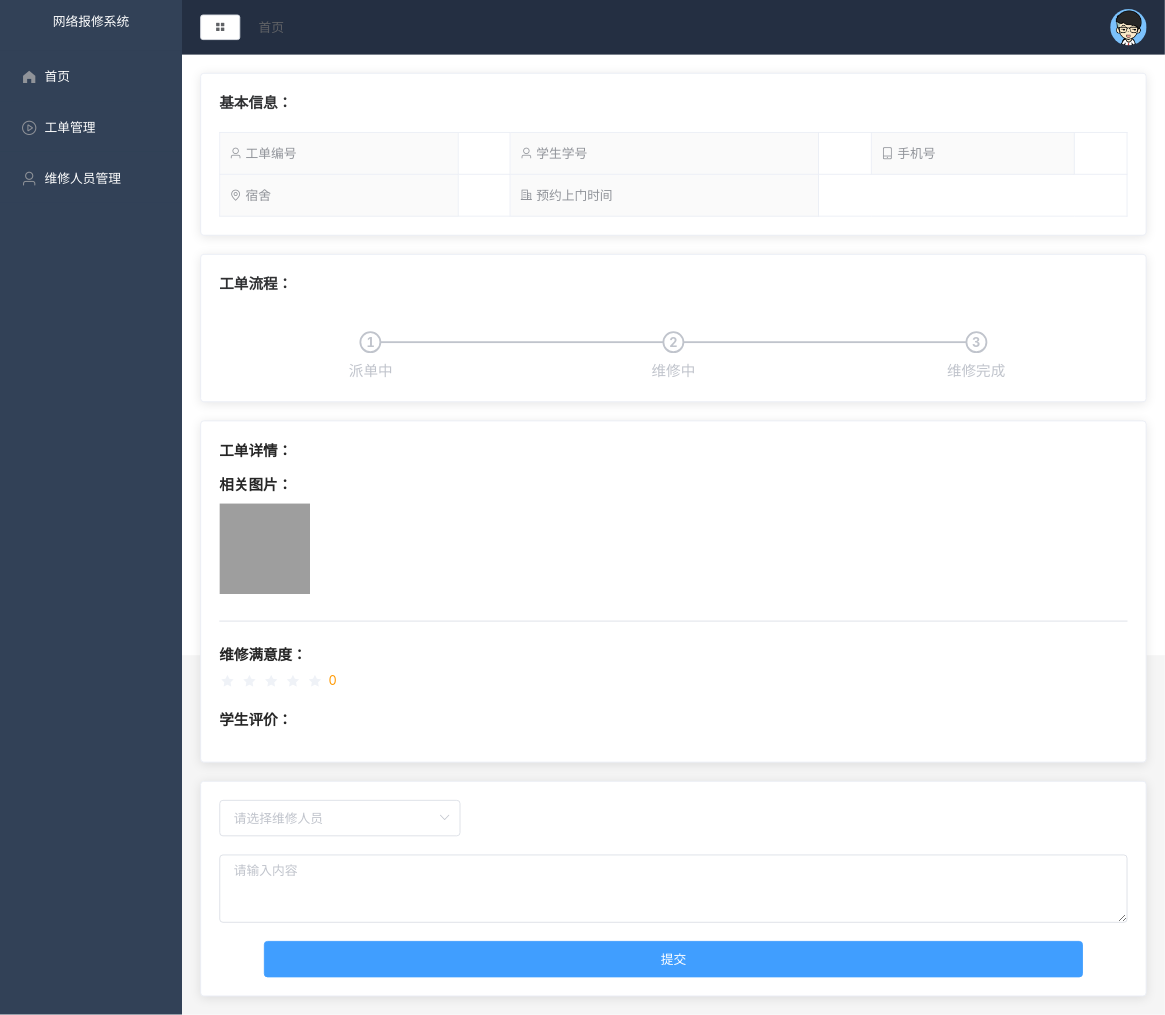
Repository: LtheW/vue
Page: /submit
These files come from the project's save history. The page is drawn as it stood at one moment and after the next save; the edit follows.
The browser window is 1280 px wide. The pictures show the whole page, at 91% of full size.
Pictures or frames that could not be fetched are drawn as grey boxes. The page's requests for data from a server got no answer. The project was rebuilt for these pictures with package versions that can differ from the ones it lists, and the page was loaded fresh each time. No one was signed in, and anything a server would have sent is missing. Also part of the build but not shown: vue.config.js, src/components/CommonTag.vue, src/views/Maintainer/Add.vue, src/assets/js/login.js, src/views/Login.vue.

Above is the page before, as saved 2022-03-31 17:51:14.

After the next save:
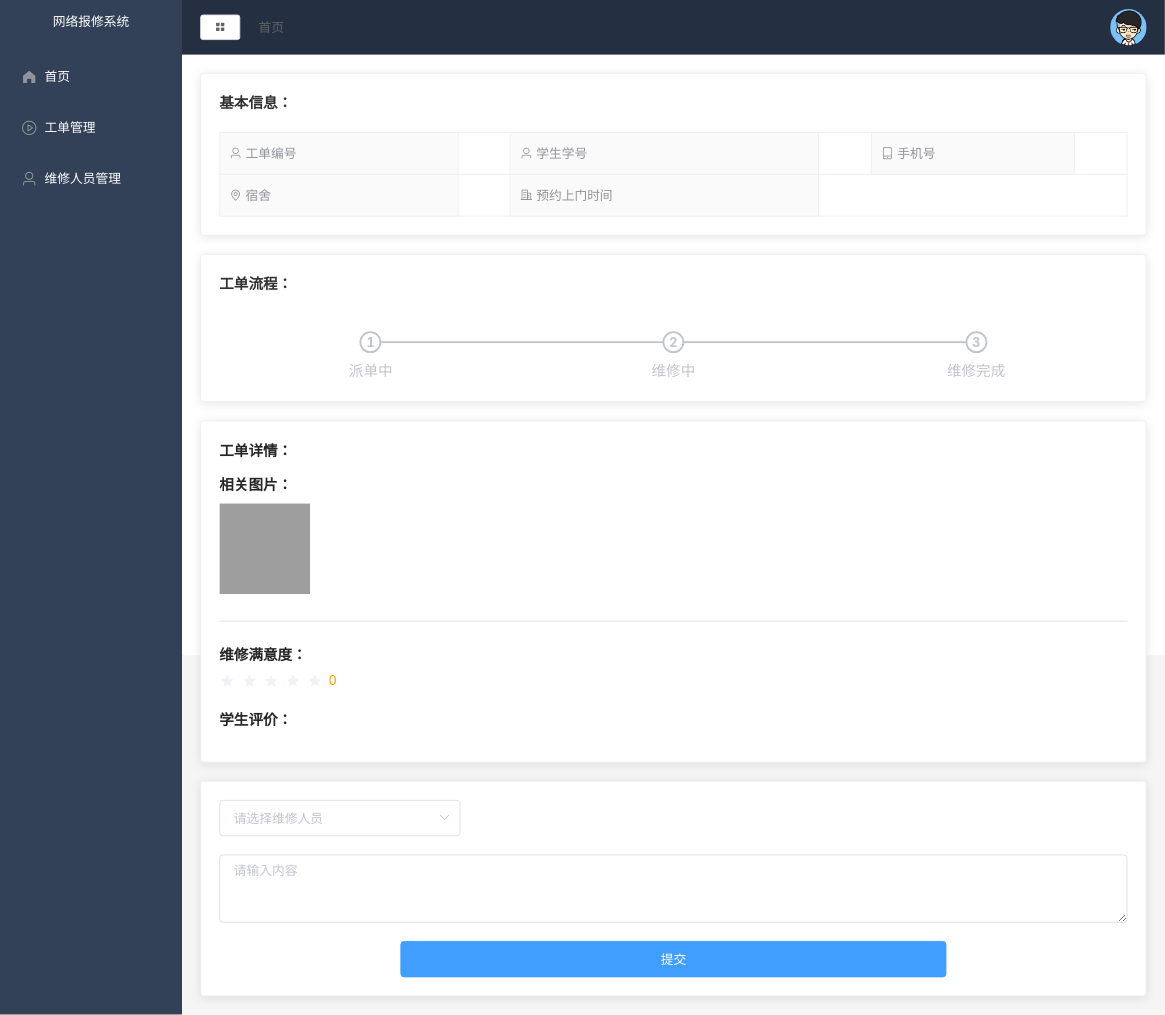
Saved 1 s later.
--- a/src/views/Result/Submit.vue
+++ b/src/views/Result/Submit.vue
@@ -228,6 +228,6 @@ export default {
   justify-content: center;
 }
 div /deep/ .el-button--primary {
-  width: 900px;
+  width: 600px;
 }
 </style>>
